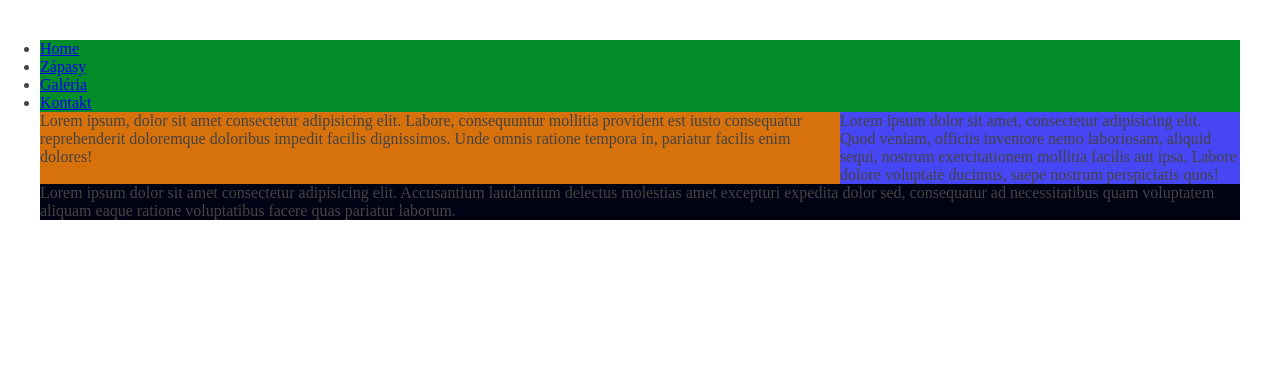
Repository: Badynko/tennis-website
Page: index.html
These files come from the project's save history. The page is drawn as it stood at one moment and after the next save; the edit follows.
The browser window is 1280 px wide. The pictures show the whole page.

Above is the page before, as saved 2024-07-31 20:39:07.

### index.html
<!DOCTYPE html>
<html lang="en">
  <head>
    <meta charset="UTF-8" />
    <meta name="viewport" content="width=device-width, initial-scale=1.0" />
    <title>Výsledky zápasov 2024</title>
    <link rel="stylesheet" href="css/style.css" />
    <body>
      <div class="container">
        <header class="header">
          <nav>
            <ul class="menu">
              <li class="menu-item"><a href="#">Home</a></li>
              <li class="menu-item"><a href="#">Zápasy</a></li>
              <li class="menu-item"><a href="#">Galéria</a></li>
              <li class="menu-item"><a href="#">Kontakt</a></li>
            </ul>
          </nav>
        </header>
        <main class="main">
          Lorem ipsum, dolor sit amet consectetur adipisicing elit. Labore,
          consequuntur mollitia provident est iusto consequatur reprehenderit
          doloremque doloribus impedit facilis dignissimos. Unde omnis ratione
          tempora in, pariatur facilis enim dolores!
        </main>
        <aside class="aside">
          Lorem ipsum dolor sit amet, consectetur adipisicing elit. Quod veniam,
          officiis inventore nemo laboriosam, aliquid sequi, nostrum
          exercitationem mollitia facilis aut ipsa. Labore dolore voluptate
          ducimus, saepe nostrum perspiciatis quos!
        </aside>
        <footer class="footer">
          Lorem ipsum dolor sit amet consectetur adipisicing elit. Accusantium
          laudantium delectus molestias amet excepturi expedita dolor sed,
          consequatur ad necessitatibus quam voluptatem aliquam eaque ratione
          voluptatibus facere quas pariatur laborum.
        </footer>
      </div>
    </body>
  </head>
  <body></body>
</html>

### css/style.css
* {
  margin: 0;
  padding: 0;
  box-sizing: border-box;
}

body {
  margin: 40px;
}

.container {
  display: grid;
  grid-gap: 0;
  grid-template-columns: 2fr 1fr;
  background-color: #fff;
  color: #444;
}

.header {
  grid-column: 1 / 3;
  background-color: #038c2a;
}

.main {
  grid-column: 1 / 2;
  background-color: #d7710c;
}

.aside {
  grid-column: 2 / 3;
  background-color: #4646f4;
}

.footer {
  grid-column: 1 / 3;
  background-color: #010314;
}

After the next save:
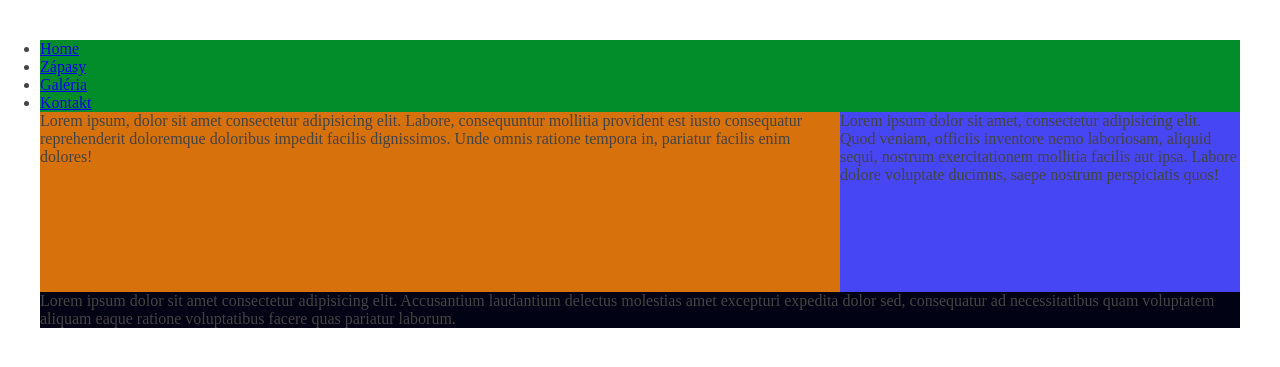
Saved 37 s later.
--- a/css/style.css
+++ b/css/style.css
@@ -12,6 +12,7 @@
   display: grid;
   grid-gap: 0;
   grid-template-columns: 2fr 1fr;
+  grid-template-rows: 2fr 5fr 1fr;
   background-color: #fff;
   color: #444;
 }
